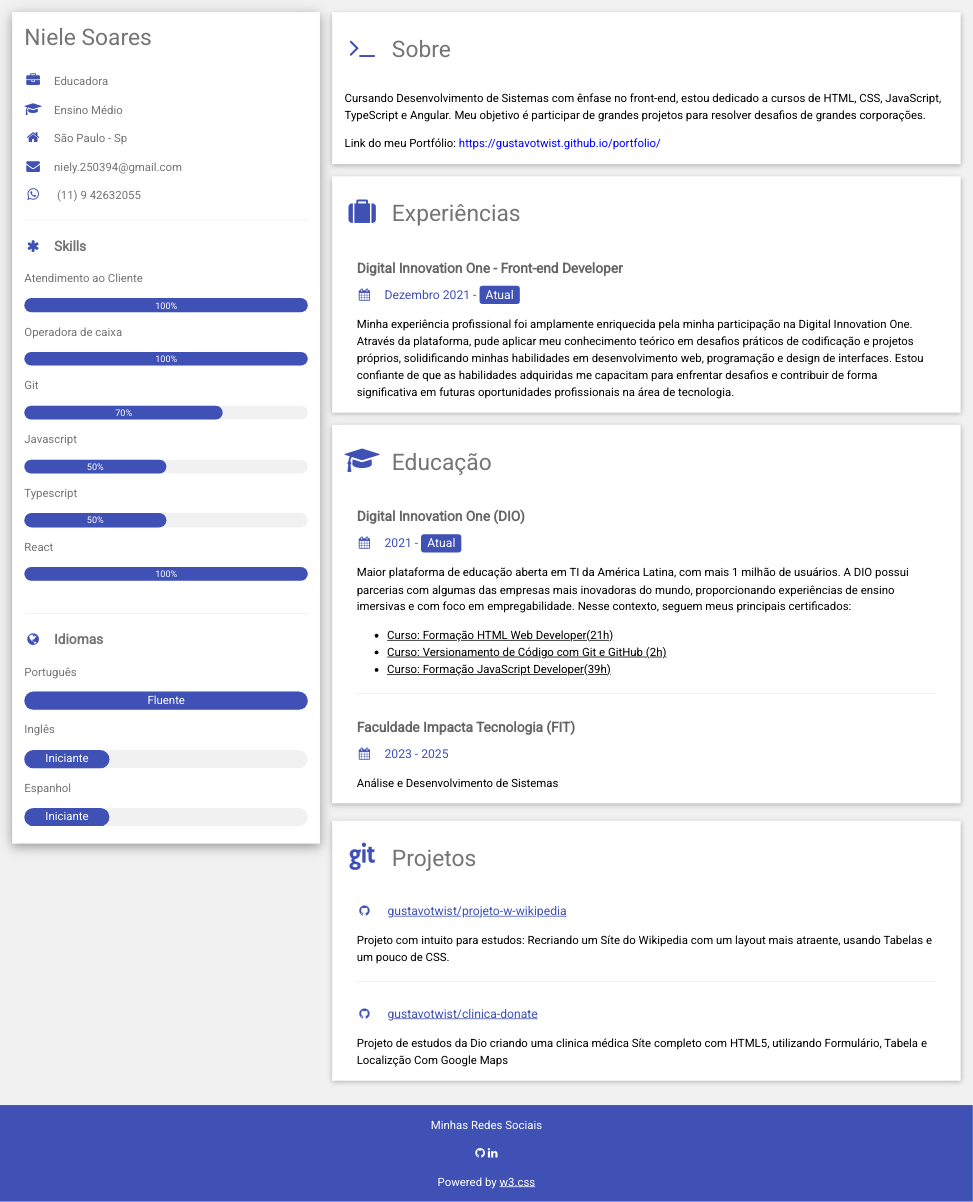
Repository: gustavotwist/cv2
Page: index.html
These files come from the project's save history. The page is drawn as it stood at one moment and after the next save; the edit follows.
The browser window is 1280 px wide. The pictures show the whole page, at 76% of full size.

Above is the page before, as saved 2024-08-23 17:17:51.

### index.html
<!DOCTYPE html>
<!-- @falvojr: Reference article https://www.w3schools.com/howto/howto_website_create_resume.asp -->
<!-- @falvojr: Useful link to use fontawesome (fa) icons: https://fontawesome.com/v4/icons/ -->
<html lang="pt-BR">

  <head>
    <title>Niele Soares</title>

    <meta http-equiv="Content-Type" content="text/html; charset=UTF-8">
    <meta name="viewport" content="width=device-width, initial-scale=1">

    <link rel="stylesheet" href="https://www.w3schools.com/w3css/4/w3.css">
    <link rel='stylesheet' href='https://fonts.googleapis.com/css?family=Roboto'>
    <link rel="stylesheet" href="https://cdnjs.cloudflare.com/ajax/libs/font-awesome/4.7.0/css/font-awesome.min.css">

    <style>
      html,body,h1,h2,h3,h4,h5,h6 {font-family: "Roboto", sans-serif}
    </style>

  </head>

  <body class="w3-light-grey" cz-shortcut-listen="true">

    <!-- Page Container -->
    <div class="w3-content w3-margin-top" style="max-width:1400px;">

      <!-- The Grid -->
      <div class="w3-row-padding">

        <!-- Left Column -->
        <div class="w3-third">

          <div class="w3-white w3-text-grey w3-card-4">
            <!-- @falvojr: This container has been modified to not use a profile picture. -->
            <div class="w3-container">
              <h2>Niele Soares</h2>
            </div>
            <div class="w3-container">
              <p><i class="fa fa-briefcase fa-fw w3-margin-right w3-large w3-text-indigo"></i>Educadora</p>
              <p><i class="fa fa-graduation-cap fa-fw w3-margin-right w3-large w3-text-indigo"></i>Ensino Médio</p>
              <p><i class="fa fa-home fa-fw w3-margin-right w3-large w3-text-indigo"></i>São Paulo - Sp</p>
              <p><i class="fa fa-envelope fa-fw w3-margin-right w3-large w3-text-indigo"></i><a href="mailto:niely.250394@gmail.com" style="text-decoration: none;">niely.250394@gmail.com</a></p>
              <p ><i class="fa fa-whatsapp fa-fw w3-margin-right w3-large w3-text-indigo"></i> <a href="tel:(11) 9 42632055" style="text-decoration: none;"> (11) 9 42632055</a> </p>
              <hr>

              <p class="w3-large">
                <b><i class="fa fa-asterisk fa-fw w3-margin-right w3-text-indigo"></i>Skills</b>
              </p>
              <p>Atendimento ao Cliente</p>
              <div class="w3-light-grey w3-round-xlarge w3-small">
                <div class="w3-container w3-center w3-round-xlarge w3-indigo" style="width:100%">100%</div>
              </div>
              <p>Operadora de caixa</p>
              <div class="w3-light-grey w3-round-xlarge w3-small">
                <div class="w3-container w3-center w3-round-xlarge w3-indigo" style="width:100%">100%</div>
              </div>
              <p>Git</p>
              <div class="w3-light-grey w3-round-xlarge w3-small">
                <div class="w3-container w3-center w3-round-xlarge w3-indigo" style="width:70%">70%</div>
              </div>
              <p>Javascript</p>
              <div class="w3-light-grey w3-round-xlarge w3-small">
                <div class="w3-container w3-center w3-round-xlarge w3-indigo" style="width:50%">50%</div>
              </div>
              <p>Typescript</p>
              <div class="w3-light-grey w3-round-xlarge w3-small">
                <div class="w3-container w3-center w3-round-xlarge w3-indigo" style="width:50%">50%</div>
              </div>
              <p>React</p>
              <div class="w3-light-grey w3-round-xlarge w3-small">
                <div class="w3-container w3-center w3-round-xlarge w3-indigo" style="width:100%">100%</div>
              </div>
              <br>
              <hr>
              <p class="w3-large w3-text-theme">
                <b><i class="fa fa-globe fa-fw w3-margin-right w3-text-indigo"></i>Idiomas</b>
              </p>
              <p>Português</p>
              <div class="w3-light-grey w3-round-xlarge">
                <div class="w3-container w3-center w3-round-xlarge w3-indigo" style="height:24px;width:100%">Fluente</div>
              </div>
              <p>Inglês</p>
              <div class="w3-light-grey w3-round-xlarge">
                <div class="w3-container w3-center w3-round-xlarge w3-indigo" style="height:24px;width:30%">Iniciante</div>
              </div>
              <p>Espanhol</p>
              <div class="w3-light-grey w3-round-xlarge">
                <div class=" w3-container w3-center w3-round-xlarge w3-indigo" style="height:24px;width:30%">Iniciante</div>
              </div>
              <br>
            </div>
          </div><br>

          <!-- End Left Column -->
        </div>

        <!-- Right Column -->
        <div class="w3-twothird">

          <div class="w3-container w3-card w3-white w3-margin-bottom">
            <h2 class="w3-text-grey w3-padding-16"><i class="fa fa-terminal fa-fw w3-margin-right w3-xxlarge w3-text-indigo"></i>Sobre</h2>
            <p>Cursando Desenvolvimento de Sistemas com ênfase no front-end, estou dedicado a cursos de HTML, CSS, JavaScript, TypeScript e Angular. Meu objetivo é participar de grandes projetos para resolver desafios de grandes corporações.</p>
            <p>Link do meu Portfólio: <a href="https://gustavotwist.github.io/portfolio/" target="_blank" style="color: blue; text-decoration: none;">https://gustavotwist.github.io/portfolio/</a></p>
          </div>

          <div class="w3-container w3-card w3-white w3-margin-bottom">
            <h2 class="w3-text-grey w3-padding-16">
              <i class="fa fa-suitcase fa-fw w3-margin-right w3-xxlarge w3-text-indigo"></i>Experiências
            </h2>
            <div class="w3-container">
              <h5 class="w3-opacity"><b>Digital Innovation One - Front-end Developer</b></h5>
                <h6 class="w3-text-indigo"><i class="fa fa-calendar fa-fw w3-margin-right"></i>Dezembro 2021 - <span class="w3-tag w3-indigo w3-round">Atual</span></h6>
                <p>
                    Minha experiência profissional foi amplamente enriquecida pela minha participação na Digital Innovation One. Através da plataforma, pude aplicar meu conhecimento teórico em desafios práticos de codificação e projetos próprios, solidificando minhas habilidades em desenvolvimento web, programação e design de interfaces. Estou confiante de que as habilidades adquiridas me capacitam para enfrentar desafios e contribuir de forma significativa em futuras oportunidades profissionais na área de tecnologia.
                </p>

            </div>
          </div>

          <div class="w3-container w3-card w3-white">
            <h2 class="w3-text-grey w3-padding-16">
              <i class="fa fa-graduation-cap fa-fw w3-margin-right w3-xxlarge w3-text-indigo"></i>Educação
            </h2>
            <div class="w3-container">
              <h5 class="w3-opacity"><b>Digital Innovation One (DIO)</b></h5>
              <h6 class="w3-text-indigo"><i class="fa fa-calendar fa-fw w3-margin-right"></i>2021 - <span class="w3-tag w3-indigo w3-round">Atual</span></h6>
              <p>
                Maior plataforma de educação aberta em TI da América Latina, com mais 1 milhão de usuários.
                A DIO possui parcerias com algumas das empresas mais inovadoras do mundo, proporcionando experiências
                de ensino imersivas e com foco em empregabilidade. Nesse contexto, seguem meus principais certificados:
              </p>
              <ul>
                <li><a href="https://www.dio.me/certificate/VDSNYTO5" target="_blank">Curso: Formação HTML Web Developer(21h)</a></li>
                <li><a href="https://www.dio.me/certificate/EA66CA6A" target="_blank">Curso: Versionamento de Código com Git e GitHub (2h)</a></li>
                <li><a href="https://www.dio.me/certificate/OST0WIWG" target="_blank">Curso: Formação JavaScript Developer(39h)</a></li>
              </ul>
              <hr>
            </div>
            <div class="w3-container">
              <h5 class="w3-opacity"><b>Faculdade Impacta Tecnologia (FIT)</b></h5>
              <h6 class="w3-text-indigo"><i class="fa fa-calendar fa-fw w3-margin-right"></i>2023 - 2025</h6>
              <p>Análise e Desenvolvimento de Sistemas</p>
            </div>
          </div><br>
          <div class="w3-container w3-card w3-white w3-margin-bottom">
            <h2 class="w3-text-grey w3-padding-16">
              <i class="fa fa-git fa-fw w3-margin-right w3-xxlarge w3-text-indigo"></i>Projetos
            </h2>
            <div class="w3-container">
              <h6 class="w3-text-indigo">
                <i class="fa fa-github fa-fw w3-margin-right"></i>
                <a href="https://github.com/gustavotwist/projeto-w-wikipedia" target="_blank">gustavotwist/projeto-w-wikipedia</a>
              </h6>
              <p>Projeto com intuito para estudos: Recriando um Síte do Wikipedia com um layout mais atraente, usando Tabelas e um pouco de CSS.</p>
              <hr>
            </div>
            <div class="w3-container">
              <h6 class="w3-text-indigo">
                <i class="fa fa-github fa-fw w3-margin-right"></i>
                <a href="https://github.com/gustavotwist/clinica-donate" target="_blank">gustavotwist/clinica-donate</a>
              </h6>
              <p>Projeto de estudos da Dio criando uma clinica médica Síte completo com HTML5, utilizando Formulário, Tabela e Localizção Com Google Maps</p>
            </div>
          </div>

          <!-- End Right Column -->
        </div>

        <!-- End Grid -->
      </div>

      <!-- End Page Container -->
    </div>

    <footer class="w3-container w3-indigo w3-center w3-margin-top">
      <p>Minhas Redes Sociais</p>
      <a href="https://github.com/gustavotwist" target="_blank"><i class="fa fa-github w3-hover-opacity"></i></a>
      <a href="https://www.linkedin.com/in/gustavoalves7/" target="_blank"><i class="fa fa-linkedin w3-hover-opacity"></i></a>
      <p>Powered by <a href="https://www.w3schools.com/w3css/default.asp" target="_blank">w3.css</a></p>
    </footer>

  </body>

</html>

After the next save:
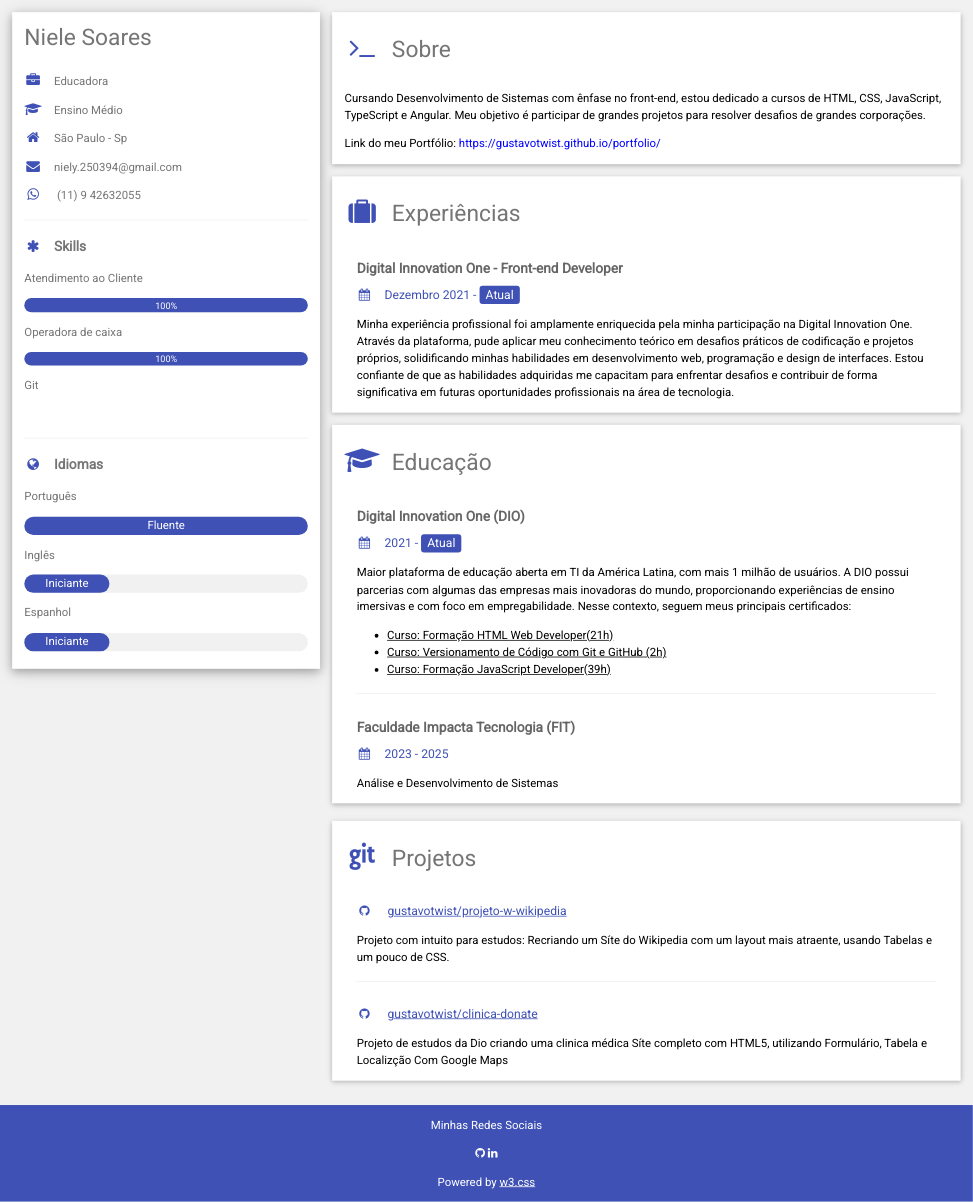
Saved 27 s later.
--- a/index.html
+++ b/index.html
@@ -55,21 +55,6 @@
                 <div class="w3-container w3-center w3-round-xlarge w3-indigo" style="width:100%">100%</div>
               </div>
               <p>Git</p>
-              <div class="w3-light-grey w3-round-xlarge w3-small">
-                <div class="w3-container w3-center w3-round-xlarge w3-indigo" style="width:70%">70%</div>
-              </div>
-              <p>Javascript</p>
-              <div class="w3-light-grey w3-round-xlarge w3-small">
-                <div class="w3-container w3-center w3-round-xlarge w3-indigo" style="width:50%">50%</div>
-              </div>
-              <p>Typescript</p>
-              <div class="w3-light-grey w3-round-xlarge w3-small">
-                <div class="w3-container w3-center w3-round-xlarge w3-indigo" style="width:50%">50%</div>
-              </div>
-              <p>React</p>
-              <div class="w3-light-grey w3-round-xlarge w3-small">
-                <div class="w3-container w3-center w3-round-xlarge w3-indigo" style="width:100%">100%</div>
-              </div>
               <br>
               <hr>
               <p class="w3-large w3-text-theme">
